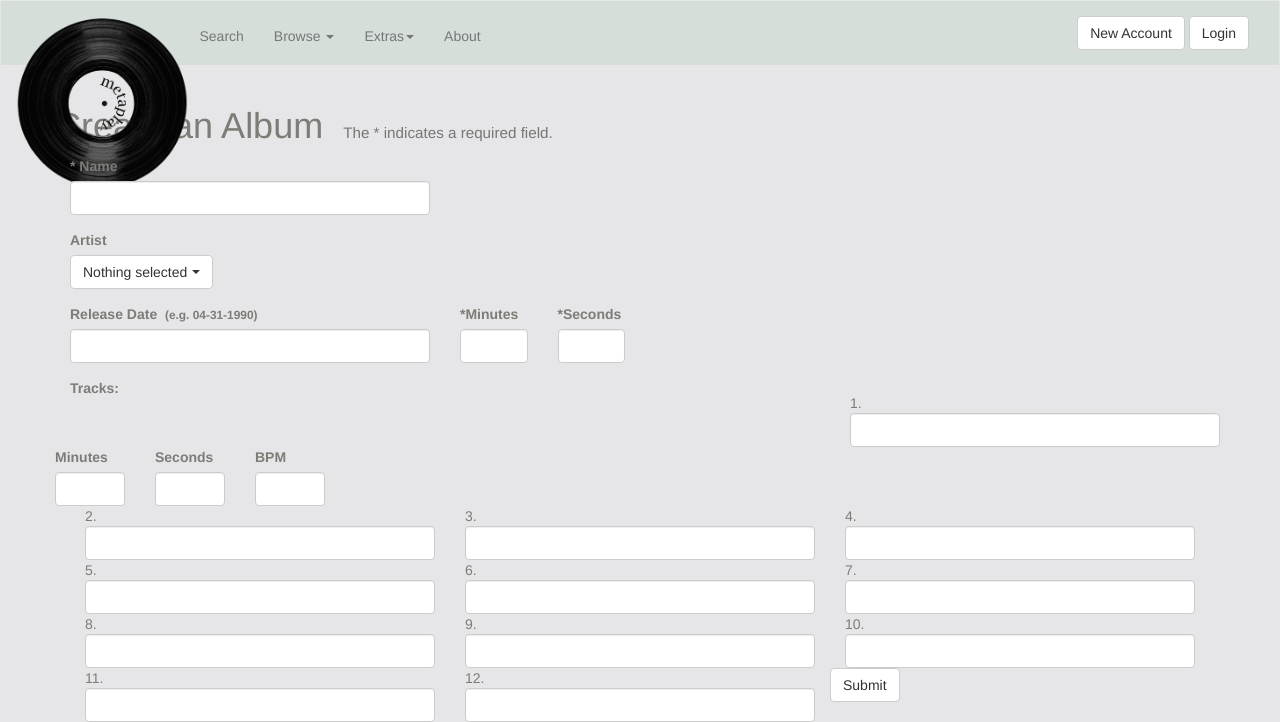
Repository: dRiott/Metaplay
Page: http://localhost/metaplay/WEB-INF/views/album_add.jsp
These files come from the project's save history. The page is drawn as it stood at one moment and after the next save; the edit follows.
The browser window is 1280 px wide. The pictures show the whole page.
Some web libraries are served in a nearby version. The page is served by Tomcat 9. Nobody is signed in. Other server files are loaded and not shown. The template is opened directly, without the code that normally fills it, so the values that code supplies are empty.

Above is the page before, as saved 2015-09-29 20:50:48.
Console error: TypeError: Cannot set properties of null (setting 'value')

### metaplay/src/main/webapp/WEB-INF/views/album_add.jsp
<%@ page language="java" contentType="text/html; charset=ISO-8859-1"
	pageEncoding="ISO-8859-1"%>
<%@ taglib uri="http://www.springframework.org/tags" prefix="spring"%>
<%@ taglib uri="http://www.springframework.org/tags/form" prefix="form"%>
<%@ taglib prefix="c" uri="http://java.sun.com/jsp/jstl/core"%>

<!DOCTYPE html>
<html>
<head>
<meta http-equiv="Content-Type" content="text/html; charset=ISO-8859-1">
<title>Album Manager</title>

<link rel="stylesheet" href="https://maxcdn.bootstrapcdn.com/bootstrap/3.3.4/css/bootstrap.min.css">
<link rel="stylesheet" href="<spring:url value="/resources/css/home.css"/>" type="text/css" />
<link rel="stylesheet" href="<spring:url value="/resources/css/bootstrap-select.min.css"/>" type="text/css" />
<script src="https://ajax.googleapis.com/ajax/libs/jquery/1.11.2/jquery.min.js"></script>
<script src="https://maxcdn.bootstrapcdn.com/bootstrap/3.3.4/js/bootstrap.min.js"></script>
<script src="<spring:url value="/resources/js/bootstrap-select.min.js"/>"></script>

</head>
<body>

	<jsp:include page="../views/fragments/landingPageFragment.jsp"></jsp:include>

	<div class="container">

		<div class="row">
			<h1>Create an Album&nbsp&nbsp<small><small>The * indicates a required field.</small></small></h1>
		</div>

		<spring:url value="/album/review" var="thisFormURL" />
		<form:form action="${thisFormURL}" method="post" modelAttribute="createAlbumWrapper" onsubmit="return validate(this);">
		<form:errors path="*" element="div" cssClass="errors"/>
	        	<div class="form-group">
					<div class="row">
						<div class="col-md-4">
							<label for="albumName">* Name</label>
							<form:input type="text" path="name" id="albumName" cssClass="form-control" cssErrorClass="has-error"/>
						</div>
					</div>
					<div class="form-group" style="float:clear;"></div>

						<!-- BEGIN Artist -->
					<div class="row">
						<div class="col-md-1">
							<label for="albumArtistName">Artist</label>
							<form:select path="artistFromList" cssClass="selectpicker" id="albumArtistName" >
								<form:options items="${artistOptions}" />
							</form:select>
						</div>
					</div>
					<div class="form-group" style="float:clear;"></div>
					<div class="form-group" id="newAlbumArtistName" style="display:none;">
						<hr/>
						<label for="newAlbumArtistName" style="font-style:italic;">New Artist:</label>
						<form:input cssClass="form-control" type="text" path="theNewArtist" id="newAlbumArtistNameInput" cssErrorClass="has-error" />
					<div class="form-group" style="float:clear;"></div>
						<label for="newAlbumArtistButton" style="font-style:italic;">Or...</label>
						<a href="<spring:url value="/artist/add"/>" class="btn btn-default">Go To Add Artist Page</a>
						<hr/>
					</div>
					<!-- END Artist -->

					<div class="form-group" style="float:clear;"></div>

					<div class="row">
						<div class="col-md-4">
							<label for="albumReleaseDate">Release Date&nbsp&nbsp<small>(e.g. 04-31-1990)</small></label>
							<form:input path="releaseDate" cssClass="form-control"
								id="albumReleaseDate" />
						</div>

						<div class="col-md-1">
							<label for="albumLengthMinutes">*Minutes</label>
							<form:input path="lengthMinutes" id="albumLengthSeconds"  cssClass="form-control"/>
						</div>

						<div class="col-md-1">
							<label for="albumLengthSeconds">*Seconds</label>
							<form:input path="lengthSeconds" id="albumLengthSeconds" cssClass="form-control"/>
						</div>
					</div>

					<div class="form-group" style="float:clear;"></div>

					<div class="row">
						<div class="col-md-8">
							<label for="albumTrack">Tracks: </label>
						</div>
											<div class="form-group" style="float:clear;"></div>

						<div class="row">
							<div class="col-md-4 showNextTrack">
								<span>1. </span>
								<form:input path="tracks[0].name" cssClass="form-control" id="albumTrack1" />
							</div>
							<div class="col-md-1">
								<label for="trackLengthMinutes">Minutes</label>
								<form:input path="tracks[0].minutes" id="trackLengthMinutes"  cssClass="form-control"/>
							</div>

							<div class="col-md-1">
								<label for="trackLengthSeconds">Seconds</label>
								<form:input path="tracks[0].seconds" id="trackLengthSeconds" cssClass="form-control"/>
							</div>
							<div class="col-md-1">
								<label for="trackBpm">BPM</label>
								<form:input path="tracks[0].bpm" cssClass="form-control" id="trackBpm" />
							</div>
						</div>
						</div>
						<div class="col-md-4 showNextTrack">
							<span>2. </span>
							<form:input path="tracks[1].name" cssClass="form-control" id="albumTrack2" />
						</div>
						<div class="col-md-4 showNextTrack">
							<span>3. </span>
							<form:input path="tracks[2].name" cssClass="form-control" id="albumTrack3" />
						</div>
						<div class="col-md-4 showNextTrack">
							<span>4. </span>
							<form:input path="tracks[3].name" cssClass="form-control" id="albumTrack4" />
						</div>
						<div class="col-md-4">
							<span>5. </span>
							<form:input path="tracks[4].name" cssClass="form-control" id="albumTrack5" />
						</div>
						<div class="col-md-4">
							<span>6. </span>
							<form:input path="tracks[5].name" cssClass="form-control" id="albumTrack6" />
						</div>
						<div class="col-md-4">
							<span>7. </span>
							<form:input path="tracks[6].name" cssClass="form-control" id="albumTrack7" />
						</div>
						<div class="col-md-4 showNextTrack">
							<span>8. </span>
							<form:input path="tracks[7].name" cssClass="form-control" id="albumTrack8" />
						</div>
						<div class="col-md-4 showNextTrack">
							<span>9. </span>
							<form:input path="tracks[8].name" cssClass="form-control" id="albumTrack9" />
						</div>
						<div class="col-md-4 showNextTrack">
							<span>10. </span>
							<form:input path="tracks[9].name" cssClass="form-control" id="albumTrack10" />
						</div>
						<div class="col-md-4 showNextTrack">
							<span>11. </span>
							<form:input path="tracks[10].name" cssClass="form-control" id="albumTrack11" />
						</div>
						<div class="col-md-4" id="12">
							<span>12. </span>
							<form:input path="tracks[11].name" cssClass="form-control" id="albumTrack12" />
						</div>

						<div class="col-md-4" style="display:none;" id="13">
							<span>13. </span>
							<form:input path="tracks[12].name" cssClass="form-control" id="albumTrack13" />
						</div>
						<div class="col-md-4" style="display:none;" id="14">
							<span>14. </span>
							<form:input path="tracks[13].name" cssClass="form-control" id="albumTrack14" />
						</div>
						<div class="col-md-4" style="display:none;" id="15">
							<span>15. </span>
							<form:input path="tracks[14].name" cssClass="form-control" id="albumTrack15" />
						</div>
						<div class="col-md-4" style="display:none;" id="16">
							<span>16. </span>
							<form:input path="tracks[15].name" cssClass="form-control" id="albumTrack16" />
						</div>
						<div class="col-md-4" style="display:none;" id="17">
							<span>17. </span>
							<form:input path="tracks[16].name" cssClass="form-control" id="albumTrack17" />
						</div>
						<div class="col-md-4" style="display:none;" id="18">
							<span>18. </span>
							<form:input path="tracks[17].name" cssClass="form-control" id="albumTrack18" />
						</div>
						<div class="col-md-4" style="display:none;" id="19">
							<span>19. </span>
							<form:input path="tracks[18].name" cssClass="form-control" id="albumTrack19" />
						</div>
						<div class="col-md-4" style="display:none;" id="20">
							<span>20. </span>
							<form:input path="tracks[19].name" cssClass="form-control" id="albumTrack20" />
						</div>
						<div class="col-md-4" style="display:none;" id="21">
							<span>21. </span>
							<form:input path="tracks[20].name" cssClass="form-control" id="albumTrack21" />
						</div>
						<div class="col-md-4" style="display:none;" id="22">
							<span>22. </span>
							<form:input path="tracks[21].name" cssClass="form-control" id="albumTrack22" />
						</div>
						<div class="col-md-4" style="display:none;" id="23">
							<span>23. </span>
							<form:input path="tracks[22].name" cssClass="form-control" id="albumTrack23" />
						</div>
						<div class="col-md-4" style="display:none;" id="24">
							<span>24. </span>
							<form:input path="tracks[23].name" cssClass="form-control" id="albumTrack24" />
						</div>
						<div class="col-md-4" style="display:none;" id="25">
							<span>25. </span>
							<form:input path="tracks[24].name" cssClass="form-control" id="albumTrack25" />
						</div>
						<div class="col-md-4" style="display:none;" id="26">
							<span>26. </span>
							<form:input path="tracks[25].name" cssClass="form-control" id="albumTrack26" />
						</div>
						<div class="col-md-4" style="display:none;" id="27">
							<span>27. </span>
							<form:input path="tracks[26].name" cssClass="form-control" id="albumTrack27" />
						</div>
						<div class="col-md-4" style="display:none;" id="28">
							<span>28. </span>
							<form:input path="tracks[27].name" cssClass="form-control" id="albumTrack28" />
						</div>
						<div class="col-md-4" style="display:none;" id="29">
							<span>29. </span>
							<form:input path="tracks[28].name" cssClass="form-control" id="albumTrack29" />
						</div>
						<div class="col-md-4" style="display:none;" id="30">
							<span>30. </span>
							<form:input path="tracks[29].name" cssClass="form-control" id="albumTrack30" />
						</div>
					</div>

					<div class="form-group" style="float:clear;"></div>

					<button type="submit" class="btn btn-default">Submit</button>
				</div>
		</form:form>
	</div>

	<script src="<spring:url value="/resources/js/albumAddShowHide.js"/>"></script>

</body>
</html>

### metaplay/src/main/webapp/WEB-INF/views/fragments/landingPageFragment.jsp
<%@ taglib prefix="spring" uri="http://www.springframework.org/tags"%>
<%@ taglib prefix="c" uri="http://java.sun.com/jsp/jstl/core"%>
<%@ taglib uri="http://www.springframework.org/tags/form" prefix="form"%>

<nav class="navbar navbar-default">
	<div class="container-fluid drNavDiv">

		<!-- Logo -->
		<div class="imageLogoDiv" >
			<a class="navbar-brand" href="<spring:url value="/"/>">
				<img class="imageLogo logo" src="<spring:url value="/resources/img/vinylDark.gif" />" id="logo"	alt="logoDark.gif" style="width:auto\9"/>
				<img class="imageLogoLayer logo" src="<spring:url value="/resources/img/vinyl.gif" />" id="logoLightLayer" alt="logoLight.gif" style="width:auto\9"/>
			</a>
		</div>

		<!-- BEGIN HEADER LINKS -->
		<div class="DRnavBarDiv">
			<ul class="nav navbar-nav" style="padding-top: 10px;">

				<!-- Search -->
				<li><a id="searchLink" href="<spring:url value="/search"/>">Search</a></li>

				<!-- Browse -->
				<li class="dropdown"><a href="#" class="dropdown-toggle"
					data-toggle="dropdown" role="button" aria-expanded="false">Browse <span class="caret"></span></a>
					<ul class="dropdown-menu" role="menu">
						<li><a href="<spring:url value="/browse/accounts"/>">Accounts</a></li>
						<li><a href="<spring:url value="/browse/albums"/>">Albums</a></li>
						<li><a href="<spring:url value="/browse/artists"/>">Artists</a></li>
						<li><a href="<spring:url value="/browse/genres"/>">Genres</a></li>
						<li><a href="<spring:url value="/browse/locations"/>">Locations</a></li>
						<li><a href="<spring:url value="/browse/members"/>">Members</a></li>
						<li><a href="<spring:url value="/browse/playlists"/>">Playlists</a></li>
						<li><a href="<spring:url value="/browse/recordlabels"/>">Record Labels</a></li>
						<li><a href="<spring:url value="/browse/tracks"/>">Tracks</a></li>
					</ul>
				</li>

				<!-- More -->
				<li class="dropdown"><a href="#" class="dropdown-toggle"
					data-toggle="dropdown" role="button" aria-expanded="false">Extras<span class="caret"></span></a>
					<ul class="dropdown-menu" role="menu">
						<li><a href="<spring:url value="/payment/process"/>">Payment</a></li>
						<li><a href="<spring:url value="/role/add"/>">Roles</a></li>
					</ul>
				</li>

				<!-- About -->
				<li><a href="<spring:url value="/about"/>">About</a></li>

			</ul>
		</div>

		<!-- Accountname / New Account, Logout -->
		<c:set var="authentication" value="${pageContext.request.userPrincipal}"/>
		<c:choose>
			<c:when test="${authentication!=null}">
				<c:set var="currentUser" value="${authentication.name}"/>
				<c:url var="logoutUrl" value="/logout"/>
				<!-- Form MUST BE A POST TO PROTECT AGAINST CROSS-SITE REQUEST FORGERY -->
				<form:form class="navbar-form pull-right" action="${logoutUrl}" method="post">
					<input type="submit" class="btn btn-default drHeaderButton" value="Logout" />
				</form:form>
				<p class="navbar-text pull-right">
					<c:out value="${currentUser}"/>
				</p>
			</c:when>
			<c:otherwise>
				<p class="navbar-text pull-right">
					<c:url value="/account/add" var="accountAddUrl"/>
					<c:url value="/account/login" var="loginUrl"/>
					<a href="${accountAddUrl}" class="btn btn-default drHeaderButton">New Account</a>
					<a href="${loginUrl}" class="btn btn-default drHeaderButton">Login</a>
				</p>
			</c:otherwise>
		</c:choose>

	</div>
</nav>

### metaplay/src/main/webapp/resources/css/home.css
/**
The padding for the main containers are all set with javascript in footer.js based on the position of the Search nav item.
*/

html {
    /*prevents horizontal scrolling*/
    max-width: 100%;
    overflow-x: hidden;
}

body {
	background: #e6e5e7 fixed bottom right no-repeat;
	background-size: 500px Auto;
	font-family: Helvetica Neue, Helvetica, Arial, sans-serif;
    color: #7E7C77;

    /*prevents horizontal scrolling*/
    max-width: 100%;
    overflow-x: hidden;
}

audio {
    background-color: #EEEEEE;
}

/* hr elements appear on browsing pages, and occasionally add pages. */
hr {
    margin-left:0;
    width: 40%;
}

/* styling of the anchor tags */
a {
  text-decoration: inherit;
  font-style: inherit;
  color: #6c9985;
}

a:hover {
 text-decoration: underline;
 color: #618975;
}

/* a:visited {
	border: none;
	text-decoration: none;
	font-style: normal;
	color: #FC9D9A;
} */

/* e.g. on about.jsp */
a.mono {
    font-family: monospace, sans-serif;
    font-style: italic;
}

/* any input box -- set to change the shadow and border */
.form-control:focus {
  border-color: #99B2B7;
  box-shadow: inset 0 1px 1px rgba(0, 0, 0, 0.075), 0 0 8px rgba(153,178,183, 0.6);
}

/* h1 at the top of almost every page. */
.dH1 {
    font-family: Helvetica Neue, Helvetica, Arial, sans-serif;
    font-style: italic;
    color: #7E7C77;
    /* slategray; Pachyderm by Yasmino: #7A6A53 */
}

.drHeaderButton {
	/* css for the buttons in the header navbar*/
}

/* header nav bar! */
.drNavDiv {
	/*
	dark grey blue: C5E0DC
	grey green: #D5DED9
	bond: #D5DED9
	current fave: #C5E0DC
	*/
	background-color:#D5DED9;
	color: #948C75;
}

/* used for notifying the user of certain privileges they don't have if they're not logged in or have the right role. */
.drSecurity {
    font-family: monospace, sans-serif;
    font-style: italic;
    color: #7E7C77;
}


/* any span used for slight horizontal spacing */
.dSpan {
    padding-left: 10px;
}

/* spacing to clear left of the logo */
.DRnavBarDiv{
	padding-left: 13.5%;
}

/* div containing the logo */
.imageLogoDiv{
	display:block;
	clear:right;
}

/* logo itself: under-layer */
.imageLogo {
	width:13.5%;
	max-width:180px;
	position: absolute;
    clear: both;
   	height:auto;

    /* Spin only the record, not the glossy logoLayer.*/
	-webkit-animation:spin 4s linear infinite;
    -moz-animation:spin 4s linear infinite;
    animation:spin 4s linear infinite;
}

/* Spin the Logo! */
@-moz-keyframes spin { 100% { -moz-transform: rotate(360deg); } }
@-webkit-keyframes spin { 100% { -webkit-transform: rotate(360deg); } }
@keyframes spin { 100% { -webkit-transform: rotate(360deg); transform:rotate(360deg); } }

/* the lighter logo layer on top of the logo*/
.imageLogoLayer {
	width:13.5%;
	opacity: .4;
	max-width:180px;
    position: absolute;
    clear: both;
   	height:auto;
}

/* This class is added to tables that I wanted to not take up all of the page. Now, they look nicer. */
.browseTable {
	width: 80%;
}

/* This handles the ?error url param for incorrect account/password combinations,
	 and also #messageDiv on the single_playlist.jsp */
.error {
    font-family: monospace, sans-serif;
    font-style: italic;
    padding: 15px;
    margin-bottom: 20px;
    border: #ebccd1 1px solid;
    border-radius: 4px;
    color: #E08E79;
    background-color: #f2dede;
}

/* This handles the ?logout url param for the index page,
	and also #messageDiv on the single_playlist.jsp */
.msg {
	margin-left: 15px;
	padding: 15px;
	border: #b3bcba 1px solid;
	border-radius: 4px;
	color: #7E7C77;
	background-color: #D5DED9;
}

/* this class is added to the body of pages that need to have their positioning changed on page load.
	they are first repositioned as invisible to the page, then they are revealed (this class is removed) */
.delayedReveal {
    visibility: hidden;
}

/* override the default hightlight color */
::selection {
  background: #ffb7b7; /* WebKit/Blink Browsers */
}
::-moz-selection {
  background: #ffb7b7; /* Gecko Browsers */
}

### metaplay/src/main/webapp/resources/js/albumAddShowHide.js

$(document).ready(function () {

	//Artist Options "Other" Box Hide/Unhide
	var selectOtherAR = $("#albumArtistName");
	selectOtherAR.change(function(){
		var inputBoxAR = $("#newAlbumArtistName");
		var artistAddButton = $("#newAlbumArtistAddButton");
		if(selectOtherAR.val()=="** New Artist **") {
			inputBoxAR.show();
			artistAddButton.show();
		} else {
			inputBoxAR.hide();
			artistAddButton.hide();
		}
	});

	// new record label show/hide
	var selectOtherRL = $("#recordLabelName");
	selectOtherRL.change(function(){
		var inputBoxRL = $("#newRecordLabelName");
		var recordLabelLocationDiv = $("#newRecordLabelLocation");
		var hr1 = $("#recordLabelHr1");
		var hr2 = $("#recordLabelHr2");
		var newCountryDiv = $("#newCountryDiv");

		if(selectOtherRL.val()=="** New Record Label **") {
			inputBoxRL.show();
			recordLabelLocationDiv.show();
			hr1.show();
			hr2.show();
			newCountryDiv.show();
		} else {
			inputBoxRL.hide();
			recordLabelLocationDiv.hide();
			hr1.hide();
			hr2.hide();
			newCountryDiv.hide();
		}
	}); //end record label on change

	var rlCountries = $("#rlCountries");
	if(rlCountries.val()=="** New Country **") {
		console.log("new country");

	}

	rlCountries.change(function() {
		var newCountry = $("#rlCountry");
		var rlState = $("#rlState");
		var city = $("#recordLabelCity");

		if(rlCountries.val()=="United States") {
			rlState.show();
			newCountry.hide();
			city.attr("placeholder", "Birmingham");
		} else if (rlCountries.val()=="** New Country **") {
			city.focus();
			city.blur(function () {
				newCountry.focus()
			})

			rlState.hide();
			newCountry.attr("placeholder", "England");
			newCountry.show();
			city.attr("placeholder", "London");
		} else {
			rlState.hide();
			newCountry.hide();
		}
	});


	//gets rid of the Album Length zeros on load
	$("#albumMinutes").val("");
	$("#albumSeconds").val("");

	//gets rid of the zeros on load
	for(var i = 1; i<31; i++){
		var minutesId = "minutes" + i;
		var minutes = document.getElementById(minutesId);
		minutes.value = "";
		var secondsId = "seconds" + i;
		var seconds = document.getElementById(secondsId);
		seconds.value = "";
		var bpmId = "bpm" + i;
		var bpm = document.getElementById(bpmId);
		bpm.value = "";
	}

}); // end document.ready

//repopulates the zeros to prevent number format error
function ensureVoidsAreZeroes() {
	var bpms = $(".bpm");
	for(var i = 1; i<31; i++){
		var minutesId = "minutes" + i;
		var minutes = document.getElementById(minutesId);
		if(minutes.value == "") {
			minutes.value = 0;
		};
		var secondsId = "seconds" + i;
		var seconds = document.getElementById(secondsId);
		if(seconds.value == "") {
			seconds.value = 0;
		};
		var bpmId = "bpm" + i;
		var bpm = document.getElementById(bpmId);
		if(bpm.value == "") {
			bpm.value = 0;
		};
	}

	var albumMinutes = document.getElementById("albumMinutes");
	if(albumMinutes.value == "") {
		albumMinutes.value = 0;
	};
	var albumSeconds = document.getElementById("albumSeconds");
	if(albumSeconds.value == "") {
		albumSeconds.value = 0;
	};
}

//scrolls the window down as a new track is shown.
function reveal(id) {
	id += 1;
	element = document.getElementById(id);
	element.style.display="inline";
	if(id>2) {
//		window.scrollTo(0,document.body.scrollHeight);
		scrollToElement(element, 1000);
	}
}

var scrollToElement = function(element, ms){
    var speed = (ms) ? ms : 600;
    $('html,body').animate({
        scrollTop: $(element).offset().top
    }, speed);
}

// specify id of element and optional scroll speed as arguments

Loaded but not shown: metaplay/src/main/webapp/resources/css/bootstrap-select.min.css (library); metaplay/src/main/webapp/resources/js/bootstrap-select.min.js (library)

After the next save:
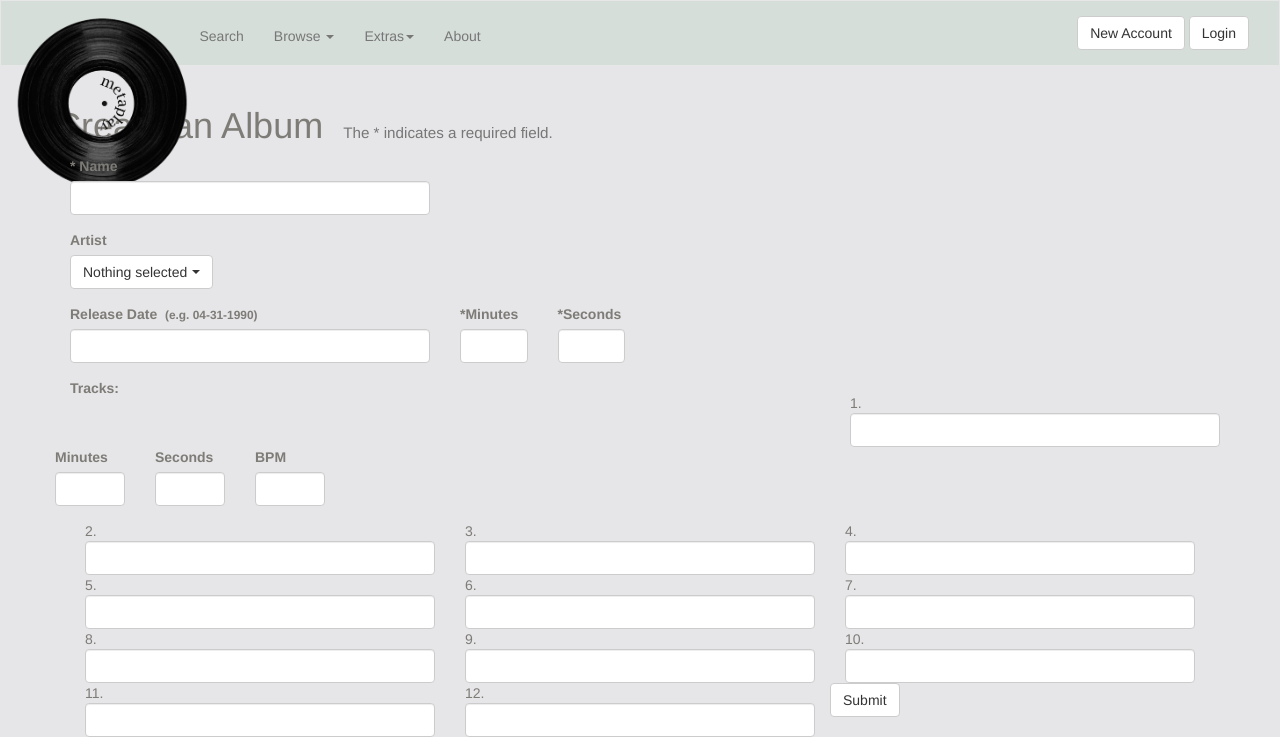
Saved 30 s later.
--- a/metaplay/src/main/webapp/WEB-INF/views/album_add.jsp
+++ b/metaplay/src/main/webapp/WEB-INF/views/album_add.jsp
@@ -87,7 +87,8 @@
 						<div class="col-md-8">
 							<label for="albumTrack">Tracks: </label>
 						</div>
-											<div class="form-group" style="float:clear;"></div>
+
+						<div class="form-group" style="float:clear;"></div>
 
 						<div class="row">
 							<div class="col-md-4 showNextTrack">
@@ -108,6 +109,9 @@
 								<form:input path="tracks[0].bpm" cssClass="form-control" id="trackBpm" />
 							</div>
 						</div>
+
+						<div class="form-group" style="float:clear;"></div>
+
 						</div>
 						<div class="col-md-4 showNextTrack">
 							<span>2. </span>
